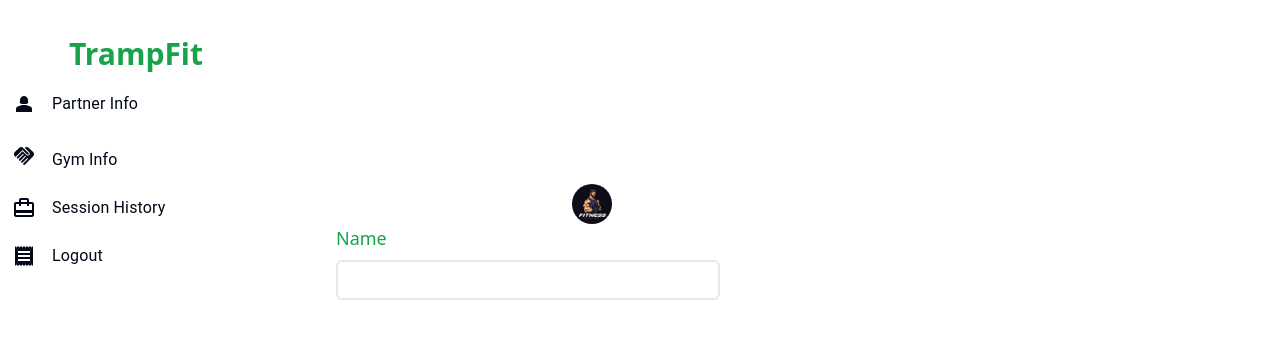
Repository: ezioxatul/TrampFit-Website
Page: /partner/partnerDashboard/gymInfo (app in Frontend/)
The author's editor kept a copy of each file at every save. The page is drawn from the files as they stood at one save, then again after the next save.
The browser window is 1280 px wide. The pictures show the whole page.
The project was rebuilt for these pictures with package versions that can differ from the ones it lists, and the page was loaded fresh each time. The framework's server and built-in components were replaced by stand-ins that run in the browser. Also part of the build but not shown: Frontend/next.config.js, Frontend/next.config.mjs, Frontend/components/Loader.js, Frontend/components/Popup.js.

Above is the page before, as saved 2024-05-16 18:27:45.

### Frontend/pages/_app.js
import Loader from "@/components/Loader";
import "@/styles/globals.css";
import { useRouter } from "next/router";
import { useEffect, useState } from "react";


const Loading = () => {

  return (
    <Loader/>
  );
}

export default function App({ Component, pageProps }) {

  const [loading, setLoading] = useState(false);
  const router = useRouter();

  useEffect(() => {
    const handleStart = () => setLoading(true);
    const handleComplete = () => setLoading(false);

    router.events.on('routeChangeStart', handleStart);
    router.events.on('routeChangeComplete', handleComplete);
    router.events.on('routeChangeError', handleComplete);

    return () => {
      router.events.off('routeChangeStart', handleStart);
      router.events.off('routeChangeComplete', handleComplete);
      router.events.off('routeChangeError', handleComplete);
    };
  }, []);

  return (
    <>
    <div className="h-2">
      {
        loading  &&
          <Loading />

      }
      </div>
          <Component {...pageProps} />

    </>
  );
}

### Frontend/pages/_document.js
import { Html, Head, Main, NextScript } from "next/document";

export default function Document() {
  return (
    <Html lang="en">
          <Head />
          <body>
            <Main />
            <NextScript />
          </body>
        </Html>
        );
}

### Frontend/pages/partner/partnerDashboard/gymInfo.js
import PartnerSideBar from "@/components/PartnerSideBar";
import { Input } from "@/components/ui/input";
import { Avatar } from "@mui/material";
import { Label } from "@/components/ui/label";

export default function gymInfo() {
    const inputClassName = "w-96 text-lg border-2";
    const labelClassName = "text-lg text-green-600 font-normal";
    const containerClassName = "ml-80";
  return (
    <>
      <div className="flex">
        <PartnerSideBar />
        <div className="mt-32 ml-16">
        <Avatar className="w-36 mx-auto mt-12 h-36 text-6xl bg-black" src="/gymname.png" />
        <div className="mr-32 space-y-2">
          <Label htmlFor="name" className={labelClassName}>
            Name
          </Label>
          <Input type="text" className={inputClassName} />
        </div>
      </div>
      </div>
    </>
  );
}

### Frontend/styles/globals.css
@tailwind base;
@tailwind components;
@tailwind utilities;


@layer base {
  :root {
    --background: 0 0% 100%;
    --foreground: 222.2 84% 4.9%;

    --card: 0 0% 100%;
    --card-foreground: 222.2 84% 4.9%;

    --popover: 0 0% 100%;
    --popover-foreground: 222.2 84% 4.9%;

    --primary: 222.2 47.4% 11.2%;
    --primary-foreground: 210 40% 98%;

    --secondary: 210 40% 96.1%;
    --secondary-foreground: 222.2 47.4% 11.2%;

    --muted: 210 40% 96.1%;
    --muted-foreground: 215.4 16.3% 46.9%;

    --accent: 210 40% 96.1%;
    --accent-foreground: 222.2 47.4% 11.2%;

    --destructive: 0 84.2% 60.2%;
    --destructive-foreground: 210 40% 98%;

    --border: 214.3 31.8% 91.4%;
    --input: 214.3 31.8% 91.4%;
    --ring: 222.2 84% 4.9%;

    --radius: 0.5rem;
  }

  .dark {
    --background: 222.2 84% 4.9%;
    --foreground: 210 40% 98%;

    --card: 222.2 84% 4.9%;
    --card-foreground: 210 40% 98%;

    --popover: 222.2 84% 4.9%;
    --popover-foreground: 210 40% 98%;

    --primary: 210 40% 98%;
    --primary-foreground: 222.2 47.4% 11.2%;

    --secondary: 217.2 32.6% 17.5%;
    --secondary-foreground: 210 40% 98%;

    --muted: 217.2 32.6% 17.5%;
    --muted-foreground: 215 20.2% 65.1%;

    --accent: 217.2 32.6% 17.5%;
    --accent-foreground: 210 40% 98%;

    --destructive: 0 62.8% 30.6%;
    --destructive-foreground: 210 40% 98%;

    --border: 217.2 32.6% 17.5%;
    --input: 217.2 32.6% 17.5%;
    --ring: 212.7 26.8% 83.9%;
  }
}

@layer base {
  * {
    @apply border-border;
  }
  body {
    @apply bg-background text-foreground;
  }
}


.outline_remove:focus{


}
.focus-visible\:ring-offset-2:focus-visible{
  border:none !important;
  outline: none !important;
  border-style: none;
}

### Frontend/components/PartnerSideBar.js
import List from '@mui/material/List';
import ListItemButton from '@mui/material/ListItemButton';
import ListItemText from '@mui/material/ListItemText';
import Person2Icon from '@mui/icons-material/Person2';
import HandshakeIcon from '@mui/icons-material/Handshake';
import CardTravelIcon from '@mui/icons-material/CardTravel';
import ReceiptIcon from '@mui/icons-material/Receipt';
import LogoutIcon from '@mui/icons-material/Logout';

import { useState } from 'react';
import Link from 'next/link';
import Popup from './Popup';
import { useRouter } from 'next/router';

export default function PartnerSideBar() {

    let SideBarHeading = ['Partner Info', 'Gym Info', 'Session History', 'Logout'];

    let router = useRouter();
    let [start, setStart] = useState(false);

    const logout = () => {
        setStart(!start);
    }


    const logoutEvent = () => {
        localStorage.removeItem('partnerToken');
        setStart(false);
        router.push('/partner/partnerLogin')
    }
    return (
        <>
            <div className=" w-72  m-[-8px] p-1  mb-10">
                <Link href="#"><h1 className=' text-green-600 text-3xl font-semibold text-center mt-8 cursor-pointer'>TrampFit</h1></Link>

                <List className='bg-white mt-8 ml-6 space-y-2'>
                    {
                        SideBarHeading.map((text, index) => {
                            return (
                                index === 1 ?
                                    <>

                                        <ListItemButton className=' space-x-4 flex justify-between hover:bg-green-100 hover:rounded-2xl hover:text-green-600'>
                                            <Link href="/partner/partnerDashboard/gymInfo" className='flex space-x-4 '>
                                                <HandshakeIcon className='text-2xl' />
                                                <ListItemText primary={text} />
                                            </Link>
                                        </ListItemButton>

                                    </> :
                                    index === 0 ?
                                        <Link href="/partner/partnerDashboard/partnerInfo">
                                            <ListItemButton className=' space-x-4 hover:bg-green-100 hover:rounded-2xl hover:text-green-600'>
                                                <Person2Icon className='text-2xl' />
                                                <ListItemText primary={text} />
                                            </ListItemButton>
                                        </Link> :
                                        index === 2 ?
                                            <Link href="#">
                                                <ListItemButton className=' space-x-4 hover:bg-green-100 hover:rounded-2xl hover:text-green-600'>
                                                    <CardTravelIcon className='text-2xl' />
                                                    <ListItemText primary={text} />
                                                </ListItemButton>
                                            </Link> :
                                            index === 3 ?
                                                <Link href="#">
                                                    <ListItemButton className=' space-x-4 hover:bg-green-100 hover:rounded-2xl hover:text-green-600'>
                                                        <ReceiptIcon className='text-2xl' />
                                                        <ListItemText primary={text} />
                                                    </ListItemButton>
                                                </Link> :
                                                <ListItemButton className=' space-x-4 hover:bg-green-100 hover:rounded-2xl hover:text-green-600' onClick={logout}>
                                                    <LogoutIcon className='text-2xl' />
                                                    <ListItemText primary={text} />
                                                    <Popup open={start} title={"Do you Really want to Logout?"} cancel="Cancel" logout="Logout" logoutEvent={logoutEvent} cancelEvent={logout} />
                                                </ListItemButton>
                            )
                        })
                    }
                </List>
            </div>
        </>
    );
}

### Frontend/tailwind.config.js
/** @type {import('tailwindcss').Config} */
module.exports = {
  darkMode: ["class"],
  content: [
    './pages/**/*.{js,jsx}',
    './components/**/*.{js,jsx}',
    './app/**/*.{js,jsx}',
    './src/**/*.{js,jsx}',
  ],
  prefix: "",
  theme: {
    container: {
      center: true,
      padding: "2rem",
      screens: {
        "2xl": "1400px",
      },
    },
    extend: {fontFamily: {
      play: ["Play", "sans-serif"],
    },
      colors: {
        border: "hsl(var(--border))",
        input: "hsl(var(--input))",
        ring: "hsl(var(--ring))",
        background: "hsl(var(--background))",
        foreground: "hsl(var(--foreground))",
        primary: {
          DEFAULT: "hsl(var(--primary))",
          foreground: "hsl(var(--primary-foreground))",
        },
        secondary: {
          DEFAULT: "hsl(var(--secondary))",
          foreground: "hsl(var(--secondary-foreground))",
        },
        destructive: {
          DEFAULT: "hsl(var(--destructive))",
          foreground: "hsl(var(--destructive-foreground))",
        },
        muted: {
          DEFAULT: "hsl(var(--muted))",
          foreground: "hsl(var(--muted-foreground))",
        },
        accent: {
          DEFAULT: "hsl(var(--accent))",
          foreground: "hsl(var(--accent-foreground))",
        },
        popover: {
          DEFAULT: "hsl(var(--popover))",
          foreground: "hsl(var(--popover-foreground))",
        },
        card: {
          DEFAULT: "hsl(var(--card))",
          foreground: "hsl(var(--card-foreground))",
        },
      },
      borderRadius: {
        lg: "var(--radius)",
        md: "calc(var(--radius) - 2px)",
        sm: "calc(var(--radius) - 4px)",
      },
      keyframes: {
        "accordion-down": {
          from: { height: "0" },
          to: { height: "var(--radix-accordion-content-height)" },
        },
        "accordion-up": {
          from: { height: "var(--radix-accordion-content-height)" },
          to: { height: "0" },
        },
      },
      animation: {
        "accordion-down": "accordion-down 0.2s ease-out",
        "accordion-up": "accordion-up 0.2s ease-out",
      },
    },
  },
  plugins: [require("tailwindcss-animate")],
}

Loaded but not shown: Frontend/components/ui/input.jsx (common file); Frontend/components/ui/label.jsx (common file); Frontend/lib/utils.js (common file)

After the next save:
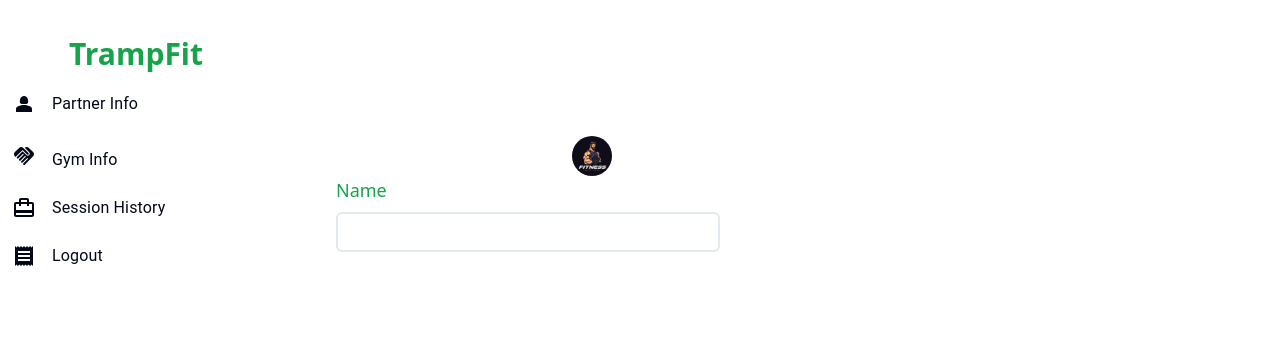
Saved 10 s later.
--- a/Frontend/pages/partner/partnerDashboard/gymInfo.js
+++ b/Frontend/pages/partner/partnerDashboard/gymInfo.js
@@ -12,7 +12,7 @@ export default function gymInfo() {
       <div className="flex">
         <PartnerSideBar />
         <div className="mt-32 ml-16">
-        <Avatar className="w-36 mx-auto mt-12 h-36 text-6xl bg-black" src="/gymname.png" />
+        <Avatar className="w-36 mx-auto h-36 text-6xl bg-black" src="/gymname.png" />
         <div className="mr-32 space-y-2">
           <Label htmlFor="name" className={labelClassName}>
             Name
